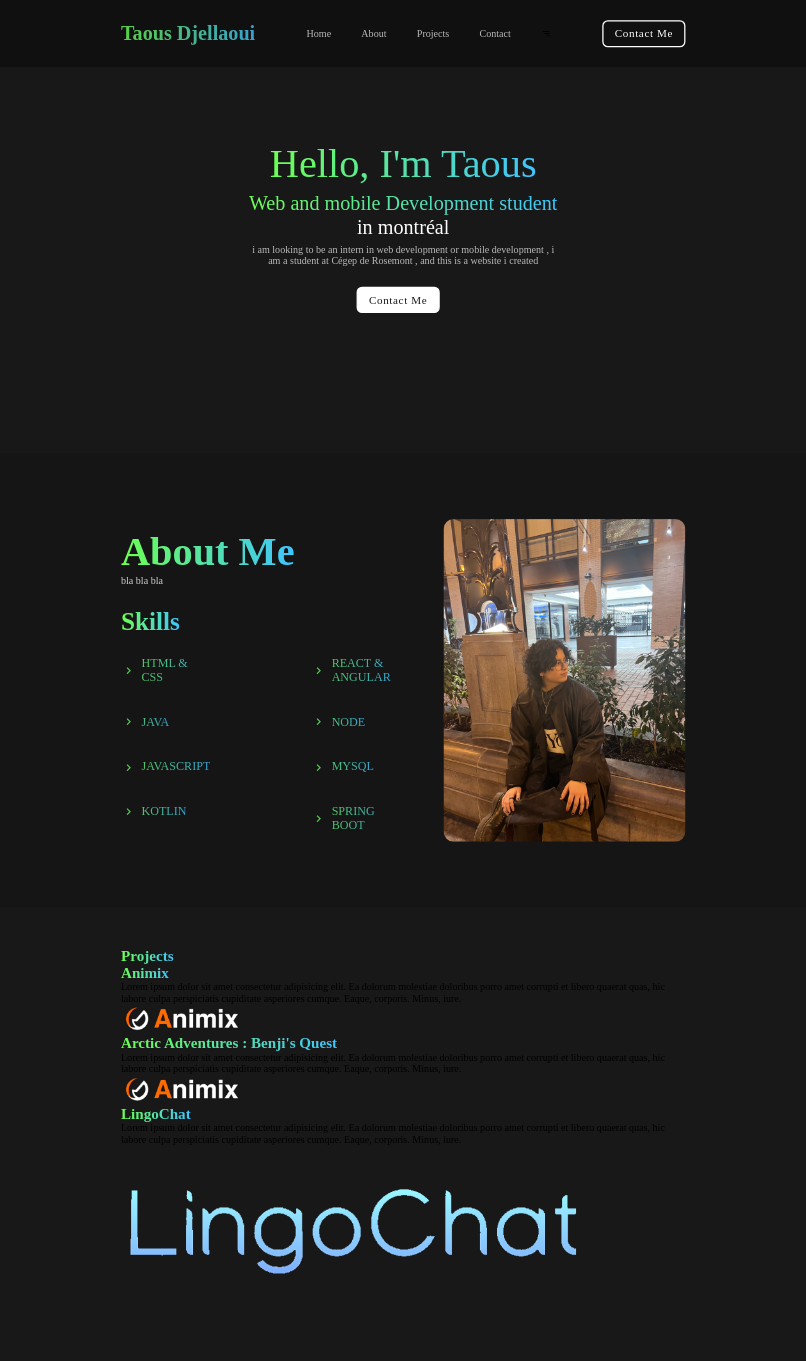
Repository: taousdjellaoui/portfolio-
Page: portfolio/index.html
These files come from the project's save history. The page is drawn as it stood at one moment and after the next save; the edit follows.
The browser window is 1280 px wide. The pictures show the whole page, at 63% of full size.

Above is the page before, as saved 2024-09-24 13:21:16.

### portfolio/index.html
<!DOCTYPE html>
<html lang="en">
  <head>
    <meta charset="UTF-8" />
    <meta name="viewport" content="width=device-width, initial-scale=1.0" />
    <title>Portfolio Website</title>
    <link rel="stylesheet" href="style.css" />
    <link href='https://unpkg.com/boxicons@2.1.4/css/boxicons.min.css' rel='stylesheet'>
  </head>
  <body>
    <nav>
      <a href="#" class="logo"><span>Taous Djellaoui</span></a>
      <ul class="links">
        <a href="#home">Home</a>
        <a href="#about">About</a>
        <a href="#projects">Projects</a>
        <a href="#contact">Contact</a>
        <i class='bx bx-menu-alt-right' id="Menu"></i>
      </ul>
      <a href="#contact" class="btn">Contact Me</a>

    </nav>
    <section id="home">

      <div class="info-box">
        <h1><span>Hello, I'm Taous</span></h1>
        <h3><span>Web and mobile Development student</span> in montréal</h3>
        <p>i am looking to be an intern in web development or mobile development , i am a student
           at Cégep de Rosemont , and this is a website i created  </p>
      </div>
      <div class="btn-box">
        <div class="btn"  style="display: none;" >Hire</div>
        <div class="btn">Contact Me</div>
        <div></div>

      </div>
    </section>

    <section id="about">
      <div class="about-box">
        <div class="about-info">
          <h1><span>About Me</span></h1>
          <p>bla bla bla </p>

        </div>
        <h2><span>Skills</span></h2>
        <div class="skills">
          <ul>
            <li>
              <span><i class='bx bx-chevron-right' ></i>HTML & CSS</span>
            </li>
            <li>
              <span><i class='bx bx-chevron-right' ></i>JAVA</span>
            </li>
            <li>
              <span><i class='bx bx-chevron-right' ></i>JAVASCRIPT</span>
            </li>
            <li>
              <span><i class='bx bx-chevron-right' ></i>KOTLIN</span>
            </li>
          </ul>
          <ul>
            <li>
              <span><i class='bx bx-chevron-right' ></i>REACT & ANGULAR</span>
            </li>
            <li>
              <span><i class='bx bx-chevron-right' ></i>NODE</span>
            </li>
            <li>
              <span><i class='bx bx-chevron-right' ></i>MYSQL</span>
            </li>
            <li>
              <span><i class='bx bx-chevron-right' ></i>SPRING BOOT</span>
            </li>
          </ul>
        </div>

      </div>
      <img src="image.jpg" alt="">
    </section>
    <section id="projects">
      <h1 class="header"><span>Projects</span></h1>
      <div class="projects-container">
        <div class="box">
          <h1><span>Animix</span></h1>
          <p>Lorem ipsum dolor sit amet consectetur adipisicing elit. Ea dolorum molestiae doloribus porro amet corrupti et libero quaerat quas, hic labore culpa perspiciatis cupiditate asperiores cumque. Eaque, corporis. Minus, iure.</p>
          <img src="logo-animix.png" alt="">
        </div>
        <div class="box"></div>
          <h1><span>Arctic Adventures : Benji's Quest</span></h1>
          <p>Lorem ipsum dolor sit amet consectetur adipisicing elit. Ea dolorum molestiae doloribus porro amet corrupti et libero quaerat quas, hic labore culpa perspiciatis cupiditate asperiores cumque. Eaque, corporis. Minus, iure.</p>
          <img src="logo-animix.png" alt="">
        </div>
        <div class="box"></div>
          <h1><span>LingoChat</span></h1>
          <p>Lorem ipsum dolor sit amet consectetur adipisicing elit. Ea dolorum molestiae doloribus porro amet corrupti et libero quaerat quas, hic labore culpa perspiciatis cupiditate asperiores cumque. Eaque, corporis. Minus, iure.</p>
          <img src="logoLingoChat.png" alt="">
        </div>


      </div>


    </section>

    <script src="script.js"></script>
  </body>
</html>

### portfolio/style.css
* {
  margin: 0;
  padding: 0;
  box-sizing: border-box;
  text-decoration: none;
  list-style: none;
  scroll-behavior: smooth;
  font-family: "Poppins";
}
:root {
  --background: rgb(24, 24, 24);
  --second-background: rgb(21, 21, 21);
}
body{
  min-height: 100vh;
  background-color: var(--background);
}
nav{
position:fixed;
top:0;
width: 100%;
padding: 2em 15%;
display: flex;
align-items: center;
justify-content: space-between;
background-color:rgba(15,15,15,0.8);
backdrop-filter: blur(10px);
z-index: 1000;
}
ul{
  display:flex;
  align-items: center;
  gap: 3em;

}
nav ul a{
  color: white;
  opacity: 0.7;
  transition:0.2s ease-in-out;
}
nav ul a:hover{
  opacity: 1;

}
.logo{
  font-size:2em;
  color: white;
  font-weight: 800;
  opacity: 0.8;
  transition: 0.2s ease-in-out;

}
.logo:hover{
  opacity: 1;
}
.btn{
  padding : 0.5em 1em;
  color : white;
  font-weight: 500;
  letter-spacing:1px ;
  border-radius: 0.5em;
  font-size: 1.1em;
  border: 2px solid white;
  cursor: pointer;
  transition: 0.3s ease-in-out;

}
.btn:hover{
  background-color: white;
  color: var(--background);

}
span{
  background: linear-gradient(to right,#6cff52,#3ec5ff);
  background-clip: text;
  color:transparent;
}
#menu{
  color:white;
  font-size:3em;
  display:none;
}
section{
  min-height: 100vh;
  padding: 5% 15%;
}
#home{
display: flex;
flex-direction: column;
align-items:center;
justify-content: center;
gap:2em;
color:white;

}
#home img{
width:18vw;
border-radius: 1%;
margin-top: 3em;

}
.info-box{
  display: flex;
  flex-direction: column;
  text-align: center;
  gap: 0.5em;
  max-width: 500px;

}
.info-box h1{
  font-size:4em;
  font-weight: 500;
}
.info-box h3{
  font-size:2em;
  font-weight: 400;
}
.info-box p{
 opacity:0.7;
}
.btn-box{
  display: flex;
  gap: 1em;
}
.btn-box .btn:nth-of-type(2){
  background-color:white;
  color: var(--background)
}
.btn-box .btn:nth-of-type(2):hover{
  background-color: var(--background);
  color:white;

}
::-webkit-scrollbar{
  width: 20px;
  background-color: var(--background);
}
::-webkit-scrollbar-thumb{
  background: linear-gradient(to bottom,#788077,#a8b2b7);

}
#about{
  background-color: var(--second-background);
  display: flex;
  align-items:center;
  justify-content: center;
  gap: 5em;

}
#about img{
  width: 30vw;
  border-radius:1em;

}
.about-box{
  display:flex;
  flex-direction: column;
  text-align: left;
  gap: 2em;
}
.about-box h1{
  font-size: 4em;
}
.about-box p{
color:white;
opacity:0.8;
}
.skills{
  display:flex;
  text-align: left;
  gap: 10em;

}
.skills ul{
  font-size: 1em;
  font-weight: 500;
  display:flex;
  flex-direction: column;
  color:white;
  opacity:0.8;
  align-items: baseline;
}
.skills ul li span{
  display: flex;
  align-items:center;
  gap : 0.5em;
   font-size: 1.2em;
   transition:0.3s ease-in-out;
}
.skills ul li span:hover{
  transform: translateX(10px);
}
.skills ul li i{
 font-size:1.2em;

}
.about-box h2{
  font-size: 2.5em;
}

Loaded but not shown: portfolio/script.js (no stored copy; drawn as an empty file)

After the next save:
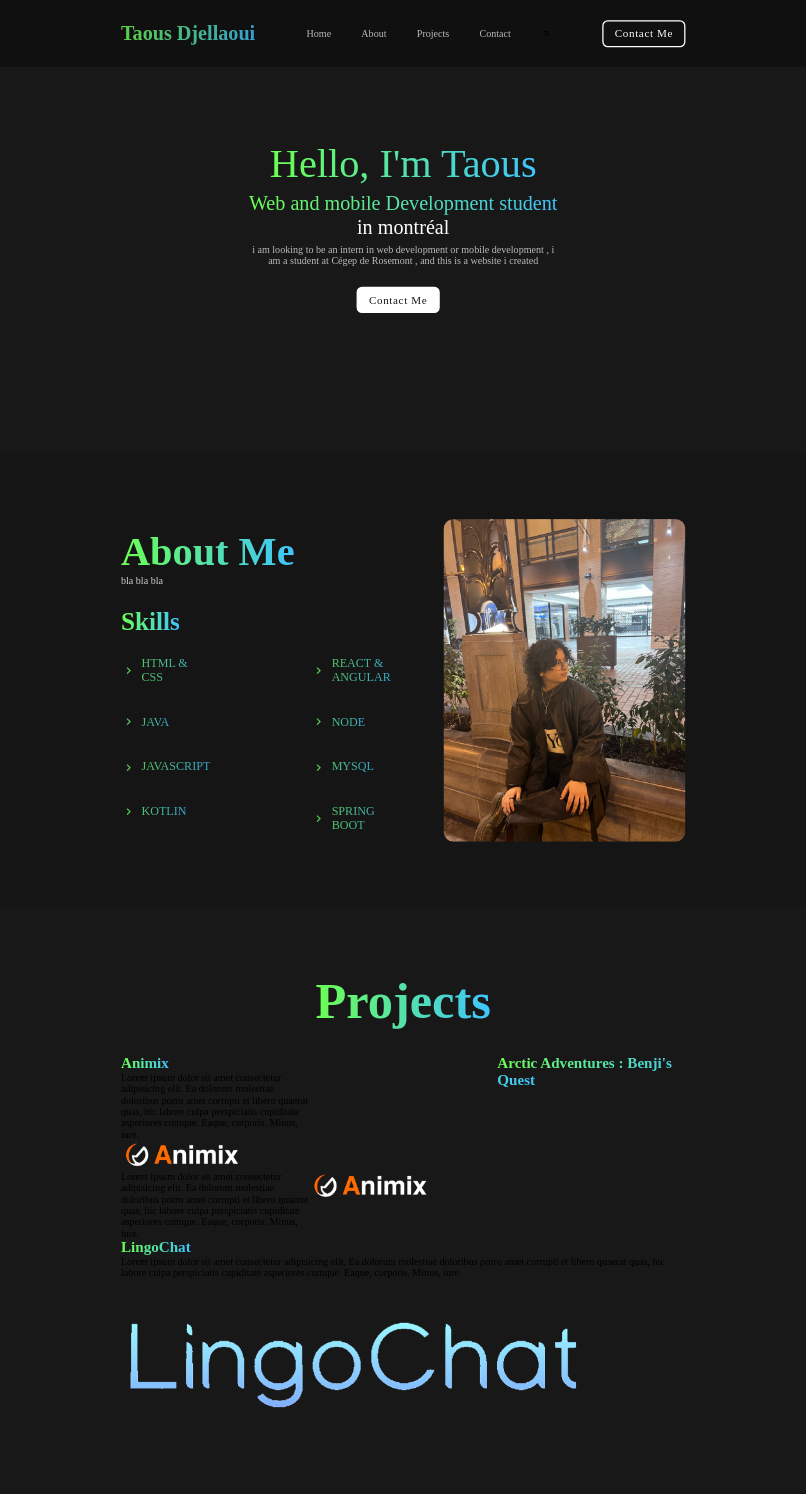
Saved 5 min 46 s later.
--- a/portfolio/style.css
+++ b/portfolio/style.css
@@ -197,3 +197,16 @@ opacity:0.8;
 .about-box h2{
   font-size: 2.5em;
 }
+#projects{
+  background-color: var(--background);
+}
+.header{
+  text-align: center;
+  font-size: 5em;
+  margin:0.5em 0;
+}
+.projects-container{
+  display:grid;
+  grid-template-columns: repeat(auto-fit,minmax(250px,1fr));
+
+}
